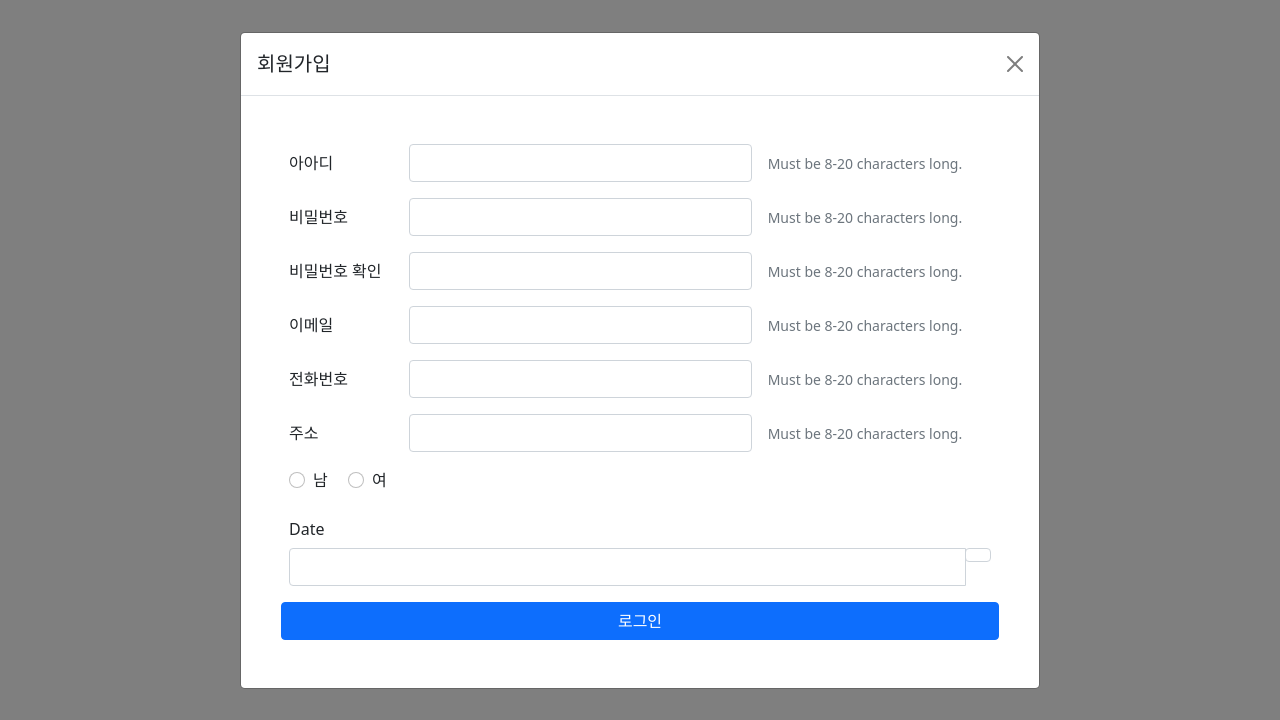
Repository: hyunha95/selfStudy
Page: http://localhost/spring-board/WEB-INF/views/member/enroll.jsp
The author's editor kept a copy of each file at every save. The page is drawn from the files as they stood at one save, then again after the next save.
The browser window is 1280 px wide. The pictures show the whole page.
The page is served by Tomcat 9. Nobody is signed in. The template is opened directly, without the code that normally fills it, so the values that code supplies are empty.

Above is the page before, as saved 2022-01-15 08:41:51.

After the next save:
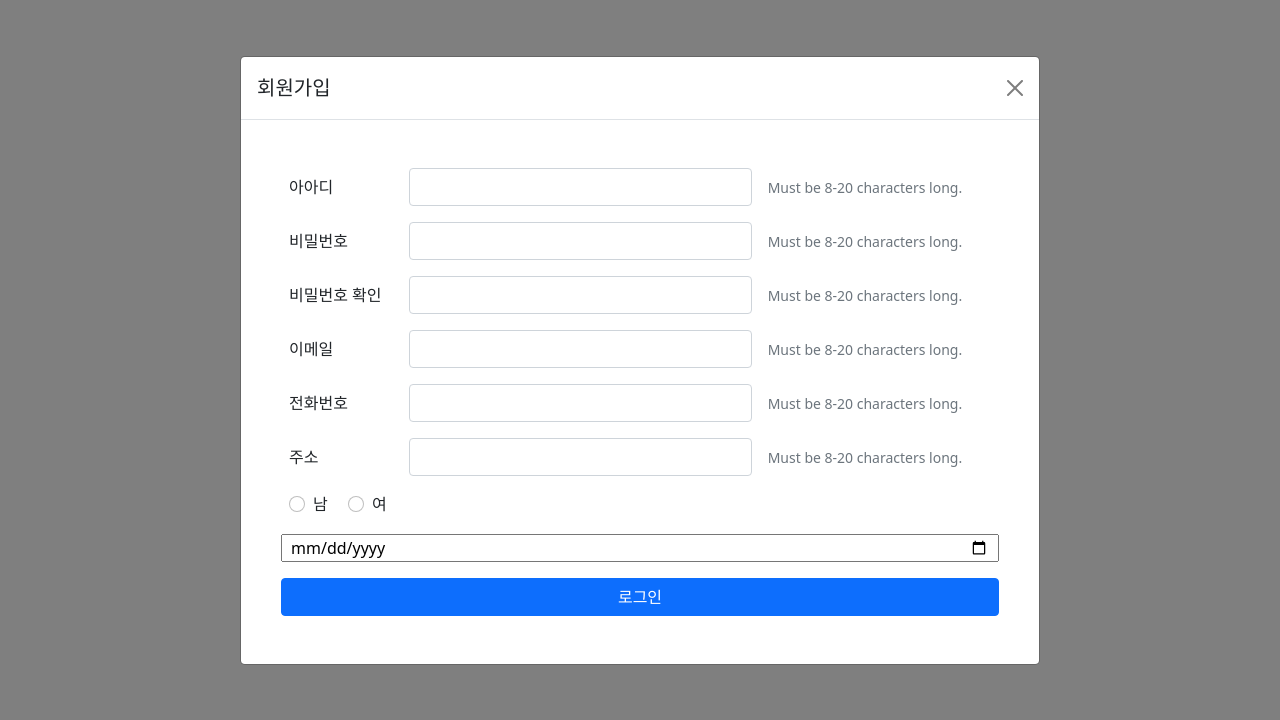
Saved 77 s later.
--- a/spring_workspace/spring-board/src/main/webapp/WEB-INF/views/member/enroll.jsp
+++ b/spring_workspace/spring-board/src/main/webapp/WEB-INF/views/member/enroll.jsp
@@ -125,17 +125,7 @@ $(() => {
 					  </div>
 				  </span>
 				  <!-- 생일 -->
-				  <div class="col-12">
-    <label for="date" class="col-sm-1 col-form-label">Date</label>
-    <div class="input-group date" id="datepicker">
-        <input type="text" class="form-control">
-        <span class="input-group-append">
-        <span class="input-group-text bg-white d-block">
-        <i class="fa fa-calendar"></i>
-        </span>
-        </span>
-    </div>
-</div>
+			      <input type="date" name="birthday" id="birthday" />
 				<!-- submit 버튼 -->
 			    <button type="submit" class="btn btn-primary mt-3">로그인</button>
 	      	</div>
